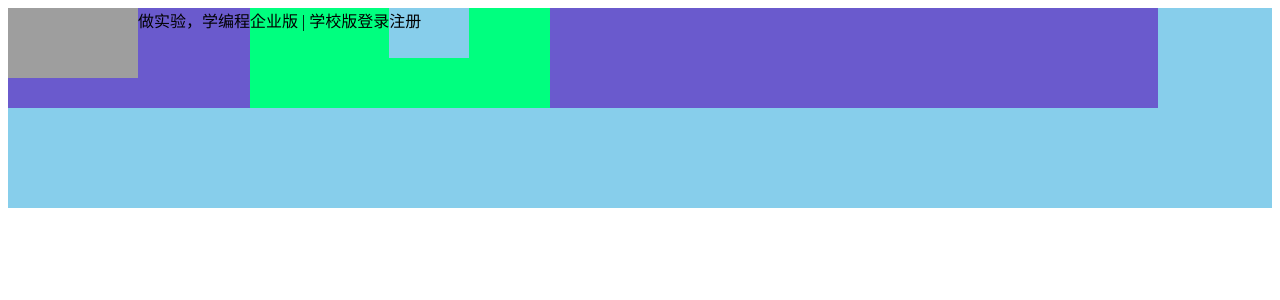
Repository: wuguozheng/xxbb
Page: /
These files come from the project's save history. The page is drawn as it stood at one moment and after the next save; the edit follows.
The browser window is 1280 px wide. The pictures show the whole page.
Pictures or frames that could not be fetched are drawn as grey boxes. The project was rebuilt for these pictures with package versions that can differ from the ones it lists, and the page was loaded fresh each time.

Above is the page before, as saved 2020-06-01 11:59:31.

### src/App.vue
<template>
  <div id="app">

    <router-view/>
  </div>
</template>

<style lang="scss">

</style>

### src/views/Home.vue
<template>
 <div>
    <mxs1></mxs1>
 </div>
</template>

<script>
import Mxs1 from '../components/home/Mxs1'
 export default {
   name: '',
   props: {
   },
   components: {
     Mxs1,
   },
   data () {
     return {

     }
   },
   methods: {

   },
   mounted() {

   },
   watch: {

   },
   computed: {

   }
 }
</script>

<style scoped lang='scss'>

</style>

### src/components/home/Mxs1.vue
<template>
 <div>
   <div class="rap">
     <div class="rap-1">
       <img data-v-7629dae3="" src="https://static.shiyanlou.com/frontend/dist/img/9f43b00.svg" alt="实验楼" width="130" height="70">
       <div>做实验，学编程</div>
       <div class="rap-2">
         <div>企业版 | 学校版</div>
         <div>登录</div>
         <div class="timi">注册</div>
       </div>
     </div>
   </div>
 </div>
</template>

<script>

 export default {
   name: '',
   props: {
   },
   components: {

   },
   data () {
     return {

     }
   },
   methods: {

   },
   mounted() {

   },
   watch: {

   },
   computed: {

   }
 }
</script>

<style scoped lang='scss'>
.rap {
  width: 100%;
  height: 200px;
  background: skyblue;
}
.rap-1 {
  width: 1150px;
  height: 100px;
  background: slateblue;
  display: flex;
}
.rap-2 {
  display: flex;
  width: 300px;
  height: 100px;
  background: springgreen;
}
.timi {
  width: 80px;
  height: 50px;
  background: skyblue;

}
</style>

Loaded but not shown: src/main.js (common file); src/router/index.js (common file); src/store/index.js (common file)

After the next save:
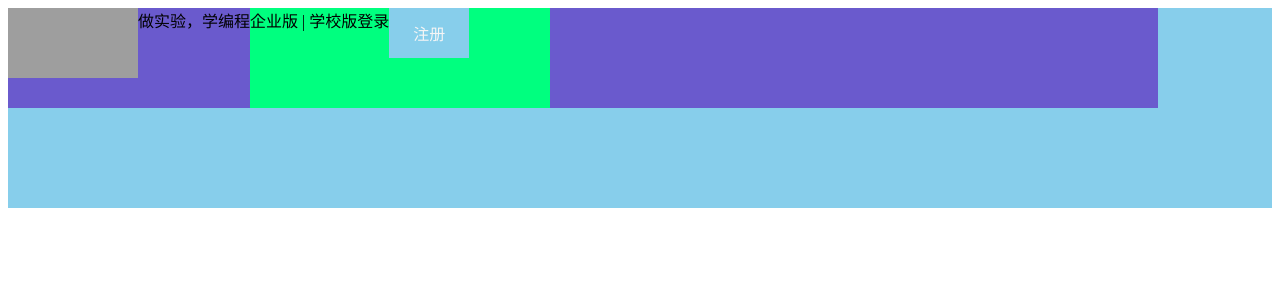
Saved 62 s later.
--- a/src/components/home/Mxs1.vue
+++ b/src/components/home/Mxs1.vue
@@ -65,6 +65,9 @@
   width: 80px;
   height: 50px;
   background: skyblue;
-
+  display: flex;
+  justify-content: center;
+  align-items: center;
+  color: whitesmoke;
 }
 </style>
